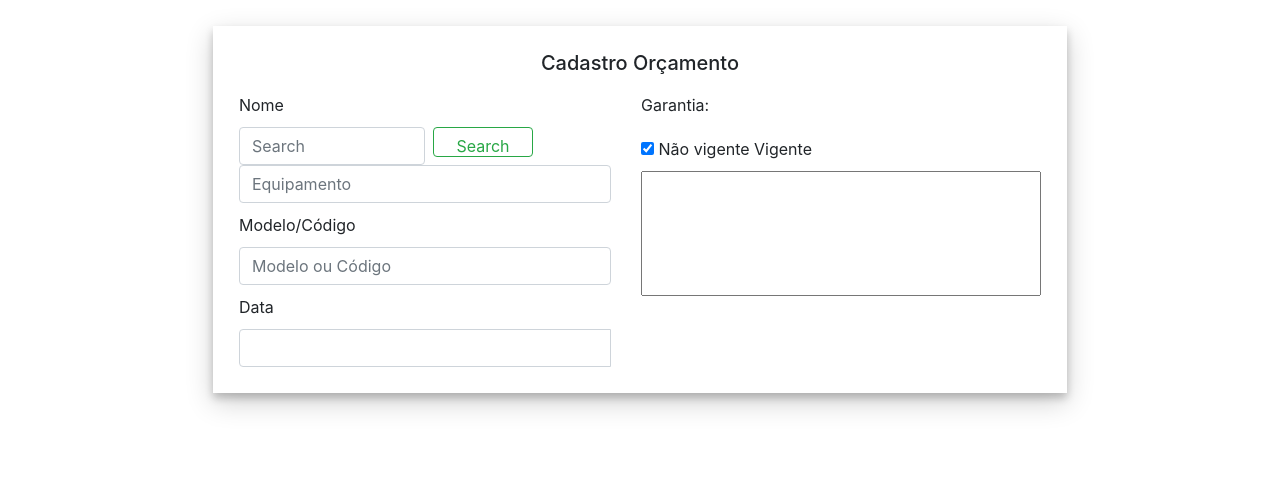
Repository: gabrielfeliphe/AssistenciaTecnica
Page: PI-AssistenciaTecnica/WebContent/pages/recepcao/funcao/cadastro_orcamento.html
An editor plug-in stored every save of this project. The page is shown before and after the next save, followed by the edit.
The browser window is 1280 px wide. The pictures show the whole page.
Some icons come from a web library that is not loaded, so they are not drawn. Some web libraries are served in a nearby version.

Above is the page before, as saved 2021-10-14 23:16:05.
Console error: TypeError: Cannot read properties of undefined (reading 'fn')

### PI-AssistenciaTecnica/WebContent/pages/recepcao/funcao/cadastro_orcamento.html
<!DOCTYPE html>
<html>
<head>
<meta charset="UTF-8">
<title>Cadastro de Orçamento</title>

<link rel="stylesheet" href="https://stackpath.bootstrapcdn.com/bootstrap/4.1.3/css/bootstrap.min.css" integrity="sha384-MCw98/SFnGE8fJT3GXwEOngsV7Zt27NXFoaoApmYm81iuXoPkFOJwJ8ERdknLPMO" crossorigin="anonymous">
<script src="https://stackpath.bootstrapcdn.com/bootstrap/4.1.3/js/bootstrap.min.js" integrity="sha384-ChfqqxuZUCnJSK3+MXmPNIyE6ZbWh2IMqE241rYiqJxyMiZ6OW/JmZQ5stwEULTy" crossorigin="anonymous"></script>
<link rel="stylesheet" href="https://cdn.jsdelivr.net/npm/bootstrap-icons@1.3.0/font/bootstrap-icons.css" />
<link rel= "stylesheet" type = "text/css" href="../../../css/recepcao.css">

</head>
<body>

	<div class="form-group">
	<div class="container col-lg-8 centered">
	<fieldset>
		<form>
			 <h5 align="center">Cadastro Orçamento</h5>

			<div class="row">
			<div class="col-sm">
		 	<label>Nome</label>
		 	<form class="form-inline my-2 my-lg-0">
		 	<div id="searchbox">
	      		<input class="form-control mr-sm-2" type="search" placeholder="Search" aria-label="Search">
	     		<button class="btn btn-outline-success my-2 my-sm-0" type="submit">Search</button>
	     	</div>
   			 </form>
		 	 <input type="text" class="form-control"  placeholder="Equipamento">
		 	 <label>Modelo/Código</label>
		 	 <input type="text" class="form-control"  placeholder="Modelo ou Código">
		 	 <label>Data</label>
				 <div class="input-group date" data-provide="datepicker">
		    	 <input type="text" class="form-control">
		   		 <div class="input-group-addon">
		        <span class="glyphicon glyphicon-th"></span>
		   		 </div>
				</div>
			</div>
			<div class="col-sm">
				<label>Garantia:</label>
				<div>
		 		 <input type="checkbox" id="scales" name="scales"  checked>
		  		 <label for="scales">Não vigente</label>
		  		 <label for="scales">Vigente</label>
				</div>

				<textarea name="txaobservacao" id="observacao"></textarea>
			</div>
			</div>

		</form>
	</div>
	</div>
</fieldset>

</body>
</html>

### PI-AssistenciaTecnica/WebContent/css/recepcao.css
@charset "UTF-8";


.form-group{
	display:block;
	padding-top: 2%;

}
.container{
	  box-shadow: 0 5px 8px 0 rgba(0, 0, 0, 0.2), 0 9px 26px 0 rgba(0, 0, 0, 0.19);
	  width: 75%;
	  padding: 2%;
}

#searchbox{
	display: flex;
}

#searchbox input{

	width: 50%;

}

#observacao{
	height: 125px;
	width: 400px;
	resize: none;

}

.botoes{
  margin: 2%;
  pading: 2%;
  display: flex;
  justify-content: center;
  align-items: center;
}

.container h4{
	text-align: center;
	margin-bottom:2%;
}


label{
	margin-top:10px;
	margin-bottom: 10px;
}

button{
	height: 30px;
	width: 100px;
}

.botoes button{
	text-align: center;
	display:block;
	margin-left: 45px;
	margin-right: 45px;
}


.btn1 button{
	 margin-left: 500px;

}

.btn2{
	  float: right;
}

.btnCadastro{
	margin-top: 5%;
	text-align: center;
	display: block;
	padding: 10px;
}

.btnCadastro button{
	margin: 10px;
	margin-top:5px;
	margin-bottom:5px;
}

textarea{
	width: 350px;
	height: 120px;
	resize: none;
}

#lista-clientes table {
	margin-left: auto;
	margin-right: auto;
}

#lista-clientes {
	margin: 0 auto;
	margin-top: 10px;
	width: 70%;
}

#lista-clientes table img {
	padding: 0 4px;
	width: 30px;
	height: 20px;
	cursor: pointer;
}

.modalEditar{
	display: none;
}

select{
display:block;
width: 100%;
height:35px;
}

.container-search{
	  box-shadow: 0 5px 8px 0 rgba(0, 0, 0, 0.2), 0 9px 26px 0 rgba(0, 0, 0, 0.19);
	  width: 35%;
	  padding: 2%;
	  margin: auto;

}

.container-search h4{
	text-align: center;
}

.container-search button{
	margin-left: 5%;
}

#procurarClientes{
	width:  70%;
}

table{
	margin-top:2%;
	width:90%;
}

#tabela-orcamento table{
	max-height: 50%;
}

.ui-dialog .ui-dialog-buttonpane {
	margin-right: 35%;

}

#modalRealizaOrcamento label{
	font-size: 14px;
	margin-bottom: 2px;
}

After the next save:
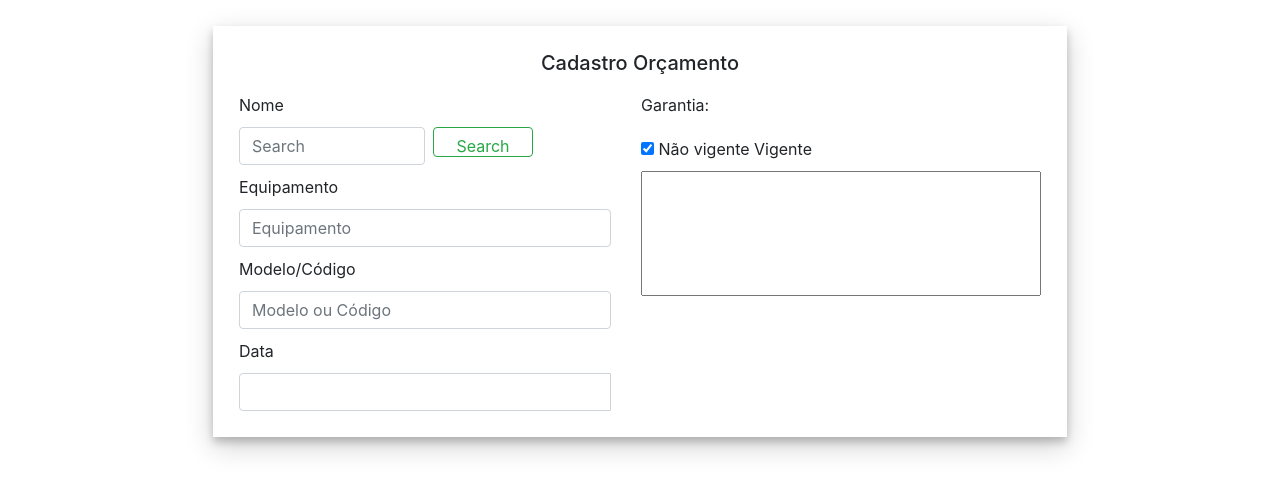
Saved 37 s later.
--- a/PI-AssistenciaTecnica/WebContent/pages/recepcao/funcao/cadastro_orcamento.html
+++ b/PI-AssistenciaTecnica/WebContent/pages/recepcao/funcao/cadastro_orcamento.html
@@ -27,6 +27,7 @@
 	     		<button class="btn btn-outline-success my-2 my-sm-0" type="submit">Search</button>
 	     	</div>
    			 </form>
+   			  <label>Equipamento</label>
 		 	 <input type="text" class="form-control"  placeholder="Equipamento">
 		 	 <label>Modelo/Código</label>
 		 	 <input type="text" class="form-control"  placeholder="Modelo ou Código">
